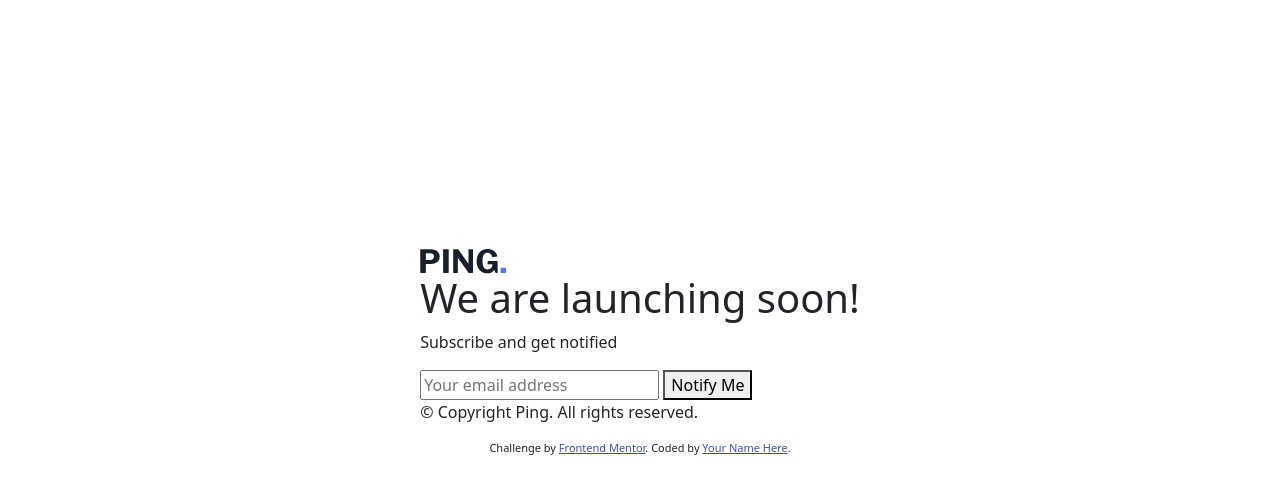
Repository: blordeus/ping-coming-soon-page-master
Page: index.html
An editor plug-in stored every save of this project. The page is shown before and after the next save, followed by the edit.
The browser window is 1280 px wide. The pictures show the whole page.
The style sheet was rebuilt from its Sass, Less or Tailwind sources for each picture, by a compiler version that may differ from the author's.

Above is the page before, as saved 2023-08-31 11:10:05.

### index.html
<!DOCTYPE html>
<html lang="en">
<head>
  <meta charset="UTF-8">
  <meta name="viewport" content="width=device-width, initial-scale=1.0"> <!-- displays site properly based on user's device -->

  <link rel="icon" type="image/png" sizes="32x32" href="./images/favicon-32x32.png">
  <link rel="stylesheet" href="style.css">
  <link href="https://cdn.jsdelivr.net/npm/bootstrap@5.3.1/dist/css/bootstrap.min.css" rel="stylesheet" integrity="sha384-4bw+/aepP/YC94hEpVNVgiZdgIC5+VKNBQNGCHeKRQN+PtmoHDEXuppvnDJzQIu9" crossorigin="anonymous">
  <title>Frontend Mentor | Ping coming soon page</title>


</head>
<body>
  <main class="center">
    <img src="./images/logo.svg" alt="logo">

    <h1>We are launching soon!</h1>

    <p>Subscribe and get notified</p>

    <input type="email" placeholder="Your email address">

    <button>Notify Me</button>

    <p>&copy; Copyright Ping. All rights reserved.</p>

    <footer>
      <p class="attribution">
        Challenge by <a rel="noopener" href="https://www.frontendmentor.io?ref=challenge" target="_blank">Frontend Mentor</a>.
        Coded by <a href="#">Your Name Here</a>.
      </p>
    </footer>
  </main>
  <script src="https://cdn.jsdelivr.net/npm/bootstrap@5.3.1/dist/js/bootstrap.bundle.min.js" integrity="sha384-HwwvtgBNo3bZJJLYd8oVXjrBZt8cqVSpeBNS5n7C8IVInixGAoxmnlMuBnhbgrkm" crossorigin="anonymous"></script>
</body>
</html>

### style.scss
  @import url('https://fonts.googleapis.com/css2?family=Libre+Franklin:wght@300;600;700&display=swap');

:root {
    --very-dark-blue: hsl(209, 33%, 12%);
    --dark-gray: hsl(0, 0%, 59%);
    --blue: hsl(223, 87%, 63%);
    --light-red: hsl(354, 100%, 66%);
    --pale-blue: hsl(223, 100%, 88%);
}

body {
    font-size: 20px;
    font-family: 'Libre Franklin', sans-serif;
    box-sizing: border-box;
    margin: 0;
    padding: 0;
    min-height: 100vh;
    display: flex;
    flex-direction: column;
    justify-content: center;
    align-items: center;
}

  .attribution { font-size: 11px; text-align: center; }
  .attribution a { color: hsl(228, 45%, 44%); }

After the next save:
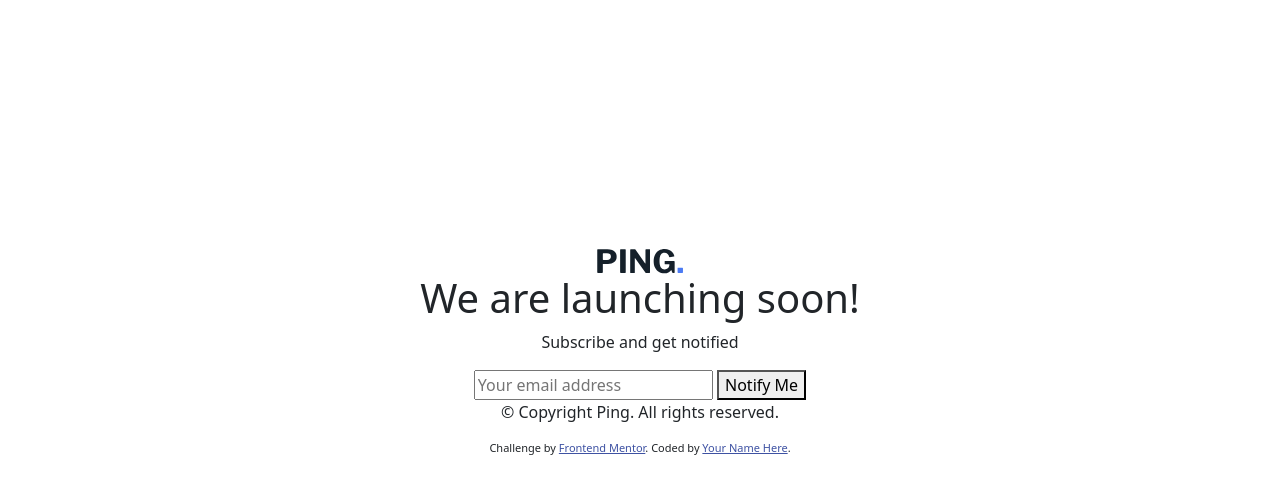
Saved 6 s later.
--- a/index.html
+++ b/index.html
@@ -12,7 +12,7 @@
 
 </head>
 <body>
-  <main class="center">
+  <main class="text-center">
     <img src="./images/logo.svg" alt="logo">
 
     <h1>We are launching soon!</h1>
